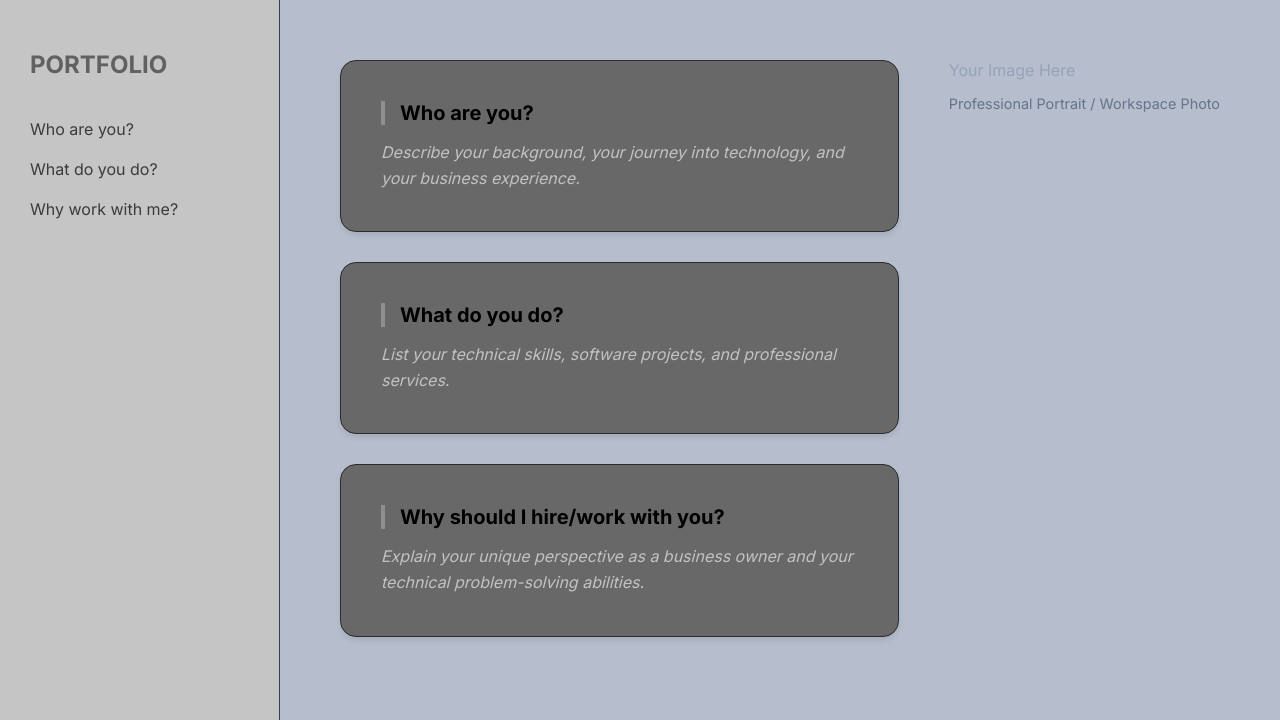
Repository: KevinSamaha/Kevin_Samaha
Page: index.html
An editor plug-in stored every save of this project. The page is shown before and after the next save, followed by the edit.
The browser window is 1280 px wide. The pictures show the whole page.

Above is the page before, as saved 2026-05-03 16:22:47.

### index.html
<!DOCTYPE html>
<html lang="en">
<head>
    <meta charset="UTF-8">
    <meta name="viewport" content="width=device-width, initial-scale=1.0">
    <title>Personal Portfolio</title>
    <!-- Linking to your CSS file -->
    <link rel="stylesheet" href="style.css">
    <!-- Google Fonts for a professional look -->
    <link href="https://fonts.googleapis.com/css2?family=Inter:wght@300;400;700&display=swap" rel="stylesheet">
</head>
<body>

    <header>
        <div class="logo">PORTFOLIO</div>
        <nav>
            <ul>
                <li><a href="#who">Who are you?</a></li>
                <li><a href="#what">What do you do?</a></li>
                <li><a href="#why">Why work with me?</a></li>
            </ul>
        </nav>
    </header>

    <main>
        <!-- Left Side: Your Questions -->
        <div class="questions-column">
            <section class="content-box">
                <h2>Who are you?</h2>
                <div class="placeholder">
                    Describe your background, your journey into technology, and your business experience.
                </div>
            </section>

            <section class="content-box">
                <h2>What do you do?</h2>
                <div class="placeholder">
                    List your technical skills, software projects, and professional services.
                </div>
            </section>

            <section class="content-box">
                <h2>Why should I hire/work with you?</h2>
                <div class="placeholder">
                    Explain your unique perspective as a business owner and your technical problem-solving abilities.
                </div>
            </section>
        </div>

        <!-- Right Side: Your Photo -->
        <div class="image-column", class="profile-container">
                <div class="profile-frame">
                    <!-- To use your photo: replace the span below with <img src="yourphoto.jpg"> -->
                    <span style="color: #94a3b8;">Your Image Here</span>
                </div>
                <p class="image-hint">Professional Portrait / Workspace Photo</p>
        </div>
    </main>

</body>
</html>

### style.css
/* General Reset */
* {
    margin: 0;
    padding: 0;
    box-sizing: border-box;
}

body {
    font-family: 'Inter', sans-serif;
    background-color: #b6bdcd; /* Dark Navy */
    color: #636363;
    display: flex;
    min-height: 100vh;
    overflow-x: hidden;
}

/* 1. Sidebar Navigation */
header {
    width: 280px;
    height: 100vh;
    background-color: #c5c5c5;
    border-right: 1px solid #334155;
    padding: 50px 30px;
    position: fixed;
    left: 0;
    top: 0;
    display: flex;
    flex-direction: column;
}

.logo {
    font-size: 1.5rem;
    font-weight: 700;
    color: #616161;
    margin-bottom: 40px;
}

nav ul {
    list-style: none;
}

nav ul li {
    margin-bottom: 20px;
}

nav a {
    text-decoration: none;
    color: #3b3b3b;
    font-size: 1rem;
    transition: color 0.3s ease;
}

nav a:hover {
    color: #848484;
}

/* 2. Main Content Container */
main {
    margin-left: 280px; /* Space for the sidebar */
    width: 100%;
    display: flex;
    padding: 60px;
    gap: 50px;
}

/* Left Column: The Questions */
.questions-column {
    flex: 1.2;
    display: flex;
    flex-direction: column;
    gap: 30px;
}

.content-box {
    background-color: #686868;
    padding: 40px;
    border-radius: 16px;
    border: 1px solid #2b2b2b;
    box-shadow: 0 4px 6px -1px rgba(0, 0, 0, 0.1);
}

h2 {
    font-size: 1.25rem;
    margin-bottom: 15px;
    color: #000000;
    border-left: 4px solid #8f8f8f;
    padding-left: 15px;
}

.placeholder {
    color: #c2c2c2;
    font-style: italic;
    line-height: 1.6;
}

/* Right Column: The Image Area */




.profile-frame img {
    width: 100%;
    height: 100%;
    object-fit: cover;
}

.image-hint {
    color: #64748b;
    text-align: center;
    font-size: 0.9rem;
    margin-top: 15px;
}

/* Responsive design for tablets and phones */
@media (max-width: 1024px) {
    body { flex-direction: column; }
    header { width: 100%; height: auto; position: relative; border-right: none; border-bottom: 1px solid #334155; }
    main { margin-left: 0; flex-direction: column; padding: 30px; }
    .profile-container { position: relative; top: 0; max-width: 100%; }
    .image-column { order: -1; }
}

After the next save:
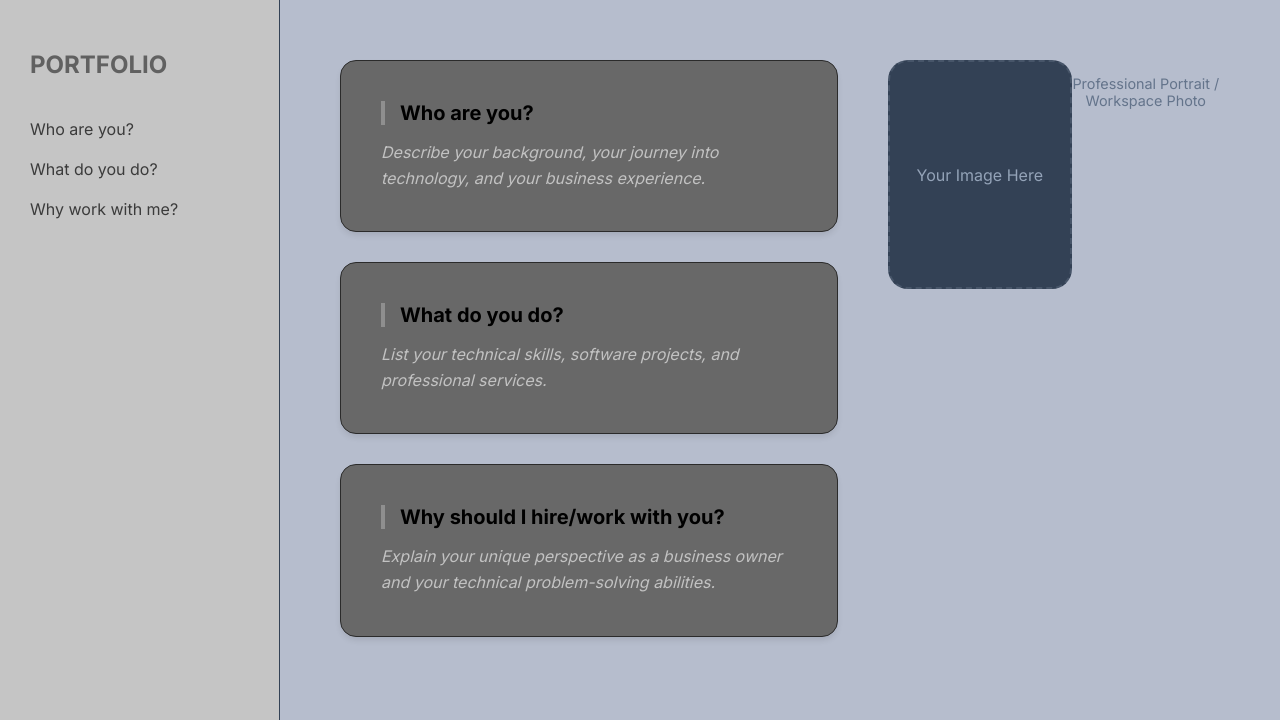
Saved 49 s later.
--- a/style.css
+++ b/style.css
@@ -95,6 +95,31 @@ h2 {
 
 /* Right Column: The Image Area */
 
+.image-column {
+    flex: 0.8;
+    display: flex;
+    justify-content: center;
+    align-items: flex-start;
+}
+
+.profile-container {
+    width: 100%;
+    max-width: 400px;
+    position: sticky;
+    top: 60px;
+}
+
+.profile-frame {
+    width: 100%;
+    aspect-ratio: 4 / 5;
+    background-color: #334155;
+    border: 2px dashed #475569;
+    border-radius: 20px;
+    display: flex;
+    align-items: center;
+    justify-content: center;
+    overflow: hidden;
+}
 
 
 
